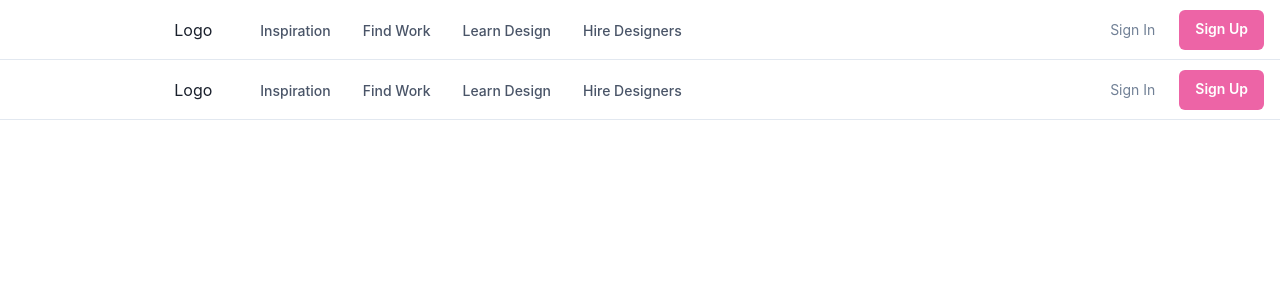
Repository: phob0/stake-app
Page: /layout
These files come from the project's save history. The page is drawn as it stood at one moment and after the next save; the edit follows.
The browser window is 1280 px wide. The pictures show the whole page.
The project was rebuilt for these pictures with package versions that can differ from the ones it lists, and the page was loaded fresh each time. The framework's server and built-in components were replaced by stand-ins that run in the browser. Also part of the build but not shown: next.config.js.

Above is the page before, as saved 2023-08-31 03:22:26.

After the next save:
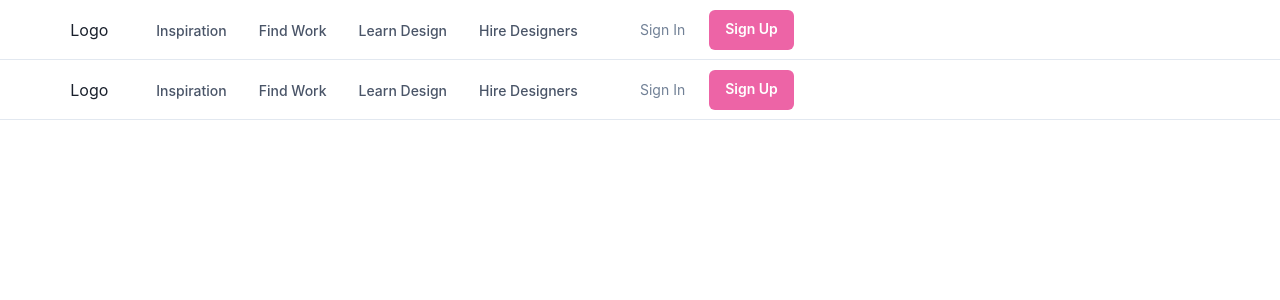
Saved 14 s later.
--- a/components/Navbar/Navbar.tsx
+++ b/components/Navbar/Navbar.tsx
@@ -49,7 +49,7 @@ export default function Navbar() {
             aria-label={'Toggle Navigation'}
           />
         </Flex>
-        <Flex flex={{ base: 2 }} justify={{ base: 'center', md: 'center' }}>
+        <Flex flex={{ base: 1 }} justify={{ base: 'center', md: 'center' }}>
           <Text
             textAlign={useBreakpointValue({ base: 'center', md: 'left' })}
             fontFamily={'heading'}
@@ -64,7 +64,7 @@ export default function Navbar() {
 
         <Stack
           flex={{ base: 1, md: 1 }}
-          justify={'flex-end'}
+          justify={'flex-center'}
           direction={'row'}
           spacing={6}>
           <Button as={'a'} fontSize={'sm'} fontWeight={400} variant={'link'} href={'#'}>
